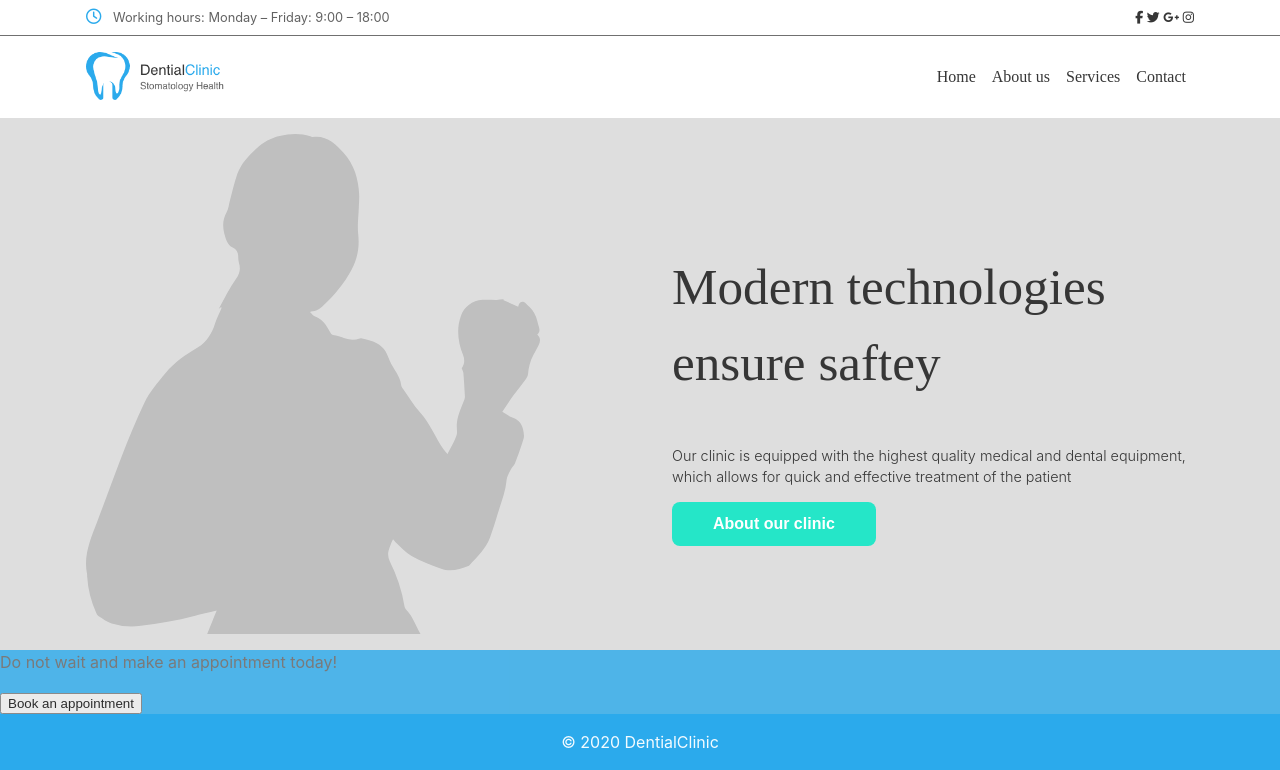
Repository: skepp4rn/uppgift1
Page: index.html
These files come from the project's save history. The page is drawn as it stood at one moment and after the next save; the edit follows.
The browser window is 1280 px wide. The pictures show the whole page.
Some web libraries are served in a nearby version.

Above is the page before, as saved 2020-12-01 17:39:13.

### index.html
<!DOCTYPE html>
<html lang="en">
<head>
    <meta charset="UTF-8">
    <meta name="viewport" content="width=device-width, initial-scale=1.0">
    <title>Document</title>

    <script src="https://kit.fontawesome.com/0abbda2fd3.js" crossorigin="anonymous"></script>
    <link rel="stylesheet" href="style.css">
</head>
<body>

    <nav class="navbar-top collapse">
        <div class="container">
            <div class="hours">
                <i class="far fa-clock"></i>
                Working hours: Monday – Friday: 9:00 – 18:00
            </div>
            <div class="#">
                <a href="#"><i class="fab fa-facebook-f"></i></a>
                <a href="#"><i class="fab fa-twitter"></i></a>
                <a href="#"><i class="fab fa-google-plus-g"></i></a>
                <a href="#"><i class="fab fa-instagram"></i></a>
            </div>
        </div>
    </nav>

    <nav class="navbar ">
        <div class="container">
            <a class="navbar-brand" href="#" >
                <img src="images/Logo.png" alt="">
            </a>
            <button class="navbar-toggler">
                <i class="fas fa-bars"></i>
            </button>
            <div class="collapse navbar-collapse">
                <div class="navbar-nav">
                    <a class="nav-link" href="#">Home</a>
                    <a class="nav-link" href="#">About us</a>
                    <a class="nav-link" href="#">Services</a>
                    <a class="nav-link" href="#">Contact</a>
                </div>
            </div>
        </div>
    </nav>

    <section id="showcase" class="bg-gray">
        <div class="container">
            <img src="images/placehold-girl.svg" alt="">
            <div class="content-box">
                <div class="content">
                    <h1>Modern technologies ensure saftey</h1>
                    <p>Our clinic is equipped with the highest quality medical and dental equipment, which allows for quick and effective treatment of the patient</p>
                    <button class="btn btn-green">About our clinic</button>
                </div>
            </div>
        </div>
    </section>












   <div class="grid">
        <section id="appointment">
            <div class="overlay">
                <p>Do not wait and make an appointment today!</p>
                <button>Book an appointment</button>
            </div>
        </section>
        <footer class="bg-blue">© 2020 DentialClinic</footer>
    </div>

</body>
</html>

### style.css
* {
    box-sizing: border-box;
}

html, body {
    font-weight: 400;
    font-family: -apple-system, BlinkMacSystemFont, 'Segoe UI', Roboto, Oxygen, Ubuntu, Cantarell, 'Open Sans', 'Helvetica Neue', sans-serif;
    line-height: 1.5;
    font-size: 16px;
    margin: 0;
    padding: 0;
    color: #626262;
}

.border {
    border: 1px solid black;
}

a {
    color: #363636;
    text-decoration: none;
    background-color: transparent;
}

a:hover {
    color: #25E6C8;
}

.bg-dark {
   background: #333333;
   color: #ffffff;
}

.bg-light {
    background: #f7f7f7;
    color: #333333;
}

.bg-gray {
    background-color: #DEDEDE;

}



.btn {
    display: inline-block;
    font-weight: 400;
    text-align: center;
    vertical-align: middle;
    padding: 0.75rem 2.5rem;
    border-radius: 0.5rem;
    border: 1px solid transparent;
    background-color: transparent;
    font-size: 1rem;

}

.btn-green {
    color: #ffffff;
    background-color: #25E6C8;
    font-weight: bold;


}

.btn-green:hover {
    cursor: pointer;
    background-color: #2BAAEC;
}



.collapse:not(.show) {
    display: none;
}

.container {
    width: 100%;
    padding: 0 1rem;
    margin: 0 auto;
}

.navbar-top {
    border-bottom: 1px solid #707070;
}

.navbar, .navbar-top {
    display: flex;
    justify-content: space-between;
    padding: 0.5rem 1rem;
}

.navbar .container, .navbar-top .container {
    display: flex;
    justify-content: space-between;
    align-items: center;
}

.navbar-top .container {
    font-size: 0.8rem;
}

.navbar-top .container .hours {
    color:#626262;
}

.navbar-top .container .hours i {
    color: #2BAAEC;
    margin-right: 0.5rem;
    font-size: 1.2em;
}

.navbar-top .container .socialmedia a {
    margin: 0 0.5rem;

}

.navbar-brand {
    display: inline-block;
    font-size: 1.5rem;
    color: black;
    margin-right: 1rem;
}

.navbar-brand img {
    height: 3rem;
    margin-top: 0.5rem;
}

.navbar-toggler {
    font-size: 2.5rem;
    color:#2BAAEC;
    background-color: transparent;
    border: 1px solid transparent;
}

.navbar-collapse {
    align-items: center;
}

.navbar-nav {
    display: flex;
    flex-direction: column;
    font-family: 'Roboto Slab', serif;

}

.nav-link {
    padding: 0;
    text-decoration: none;
}



#showcase .container {
    display: grid;
    grid-template-columns: 1fr 1fr;
    column-gap: 4rem;

    align-items: center;
}

#showcase .container img {
    height: 500px;
    margin-top: 1rem;
}

#showcase .container .content-box {
    align-self: center;
    color: #363636;
    font-weight: 300;
}

.content-box .content h1 {
    font-size: 3.2rem;
    font-family: 'Roboto Slab', serif;
    font-weight: 300;

}

.content-box .content p {
    font-size: 0.9rem;
}


.grid {
    display: grid;

    grid-template-columns: 1fr;
    grid-template-areas:    "he"
                            "sh"
                            "ab"
                            "se"
                            "ap"
                            "fo";
}


#appointment {
    background-color: #DEDEDE;
}

.overlay {
    opacity: 80%;
    background-color: #2BAAEC;
}


footer {
    background-color: #2BAAEC;
    color: #f3fbff;
    text-align: center;
    padding: 1rem 0rem;
    font-size: 0,1rem;

}










@media (min-width: 768px) {
    .nav-link {
        padding-right: 0.5rem;
        padding-left: 0.5rem;
    }

    .navbar-nav {
        flex-direction: row;
    }

    .navbar-toggler {
        display: none;
    }

    .collapse:not(.show) {
        display: flex;
    }

    .container {
        max-width: 720px;
    }

}

@media (min-width: 992px) {
    .container {
        max-width: 960px;
    }
}

@media (min-width: 1200px) {
    .container {
        max-width: 1140px;
    }
}

After the next save:
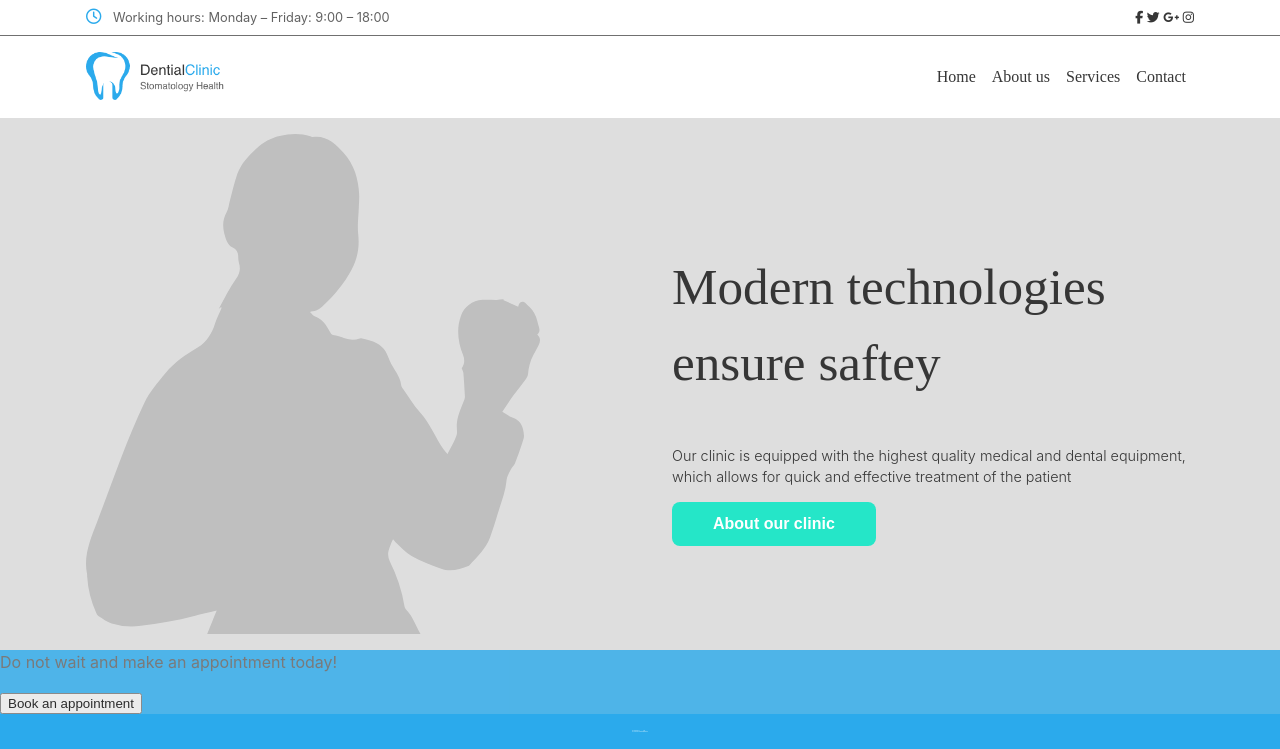
Saved 9 s later.
--- a/style.css
+++ b/style.css
@@ -212,7 +212,7 @@ footer {
     color: #f3fbff;
     text-align: center;
     padding: 1rem 0rem;
-    font-size: 0,1rem;
+    font-size: 0.1rem;
 
 }
 
